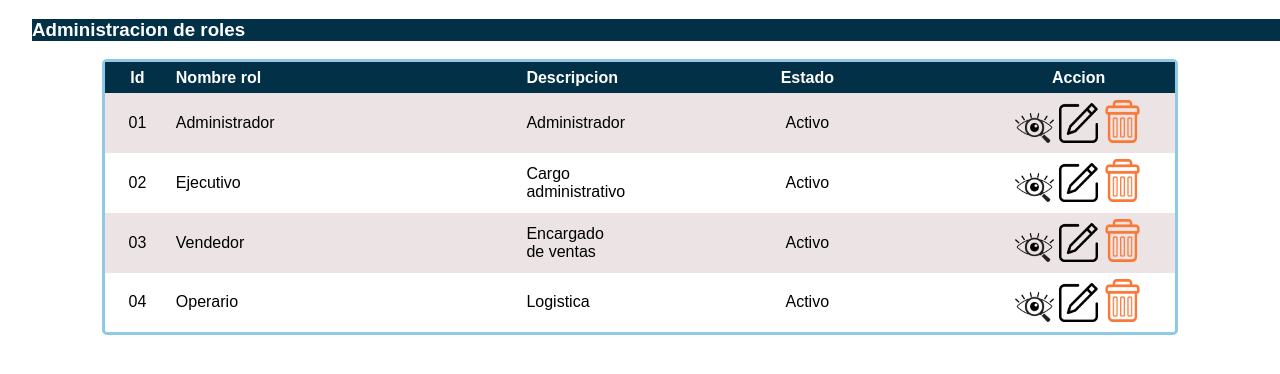
Repository: AlexanderBarona/Proyecto_Ciclo3_Mintic
Page: PaginaWeb/pages/listar_roles.html
An editor plug-in stored every save of this project. The page is shown before and after the next save, followed by the edit.
The browser window is 1280 px wide. The pictures show the whole page.

Above is the page before, as saved 2021-09-30 14:46:28.

After the next save:
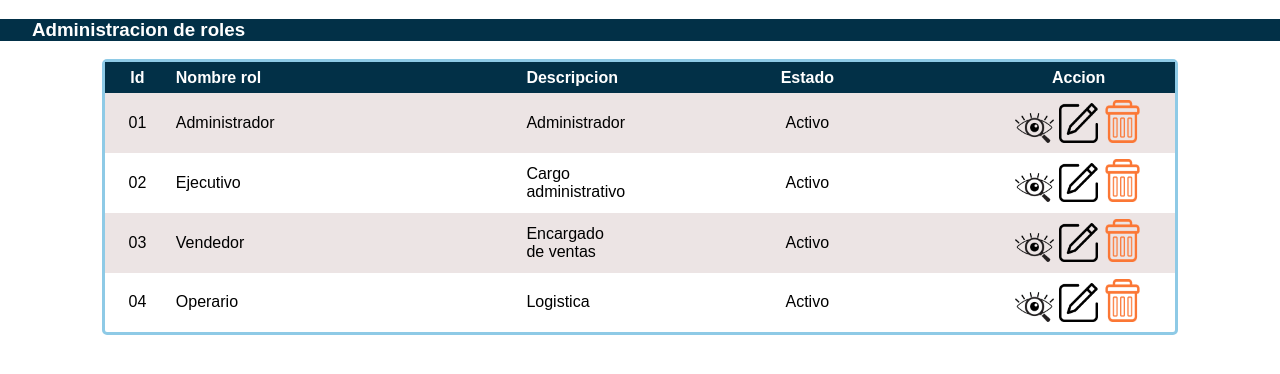
Saved 15 s later.
--- a/PaginaWeb/css/style.css
+++ b/PaginaWeb/css/style.css
@@ -9,7 +9,7 @@ body {
 header {
   background-color: #023047;
   color:  white;
-  margin-left:2em ;
+  padding-left:2em ;
 
 }
 
